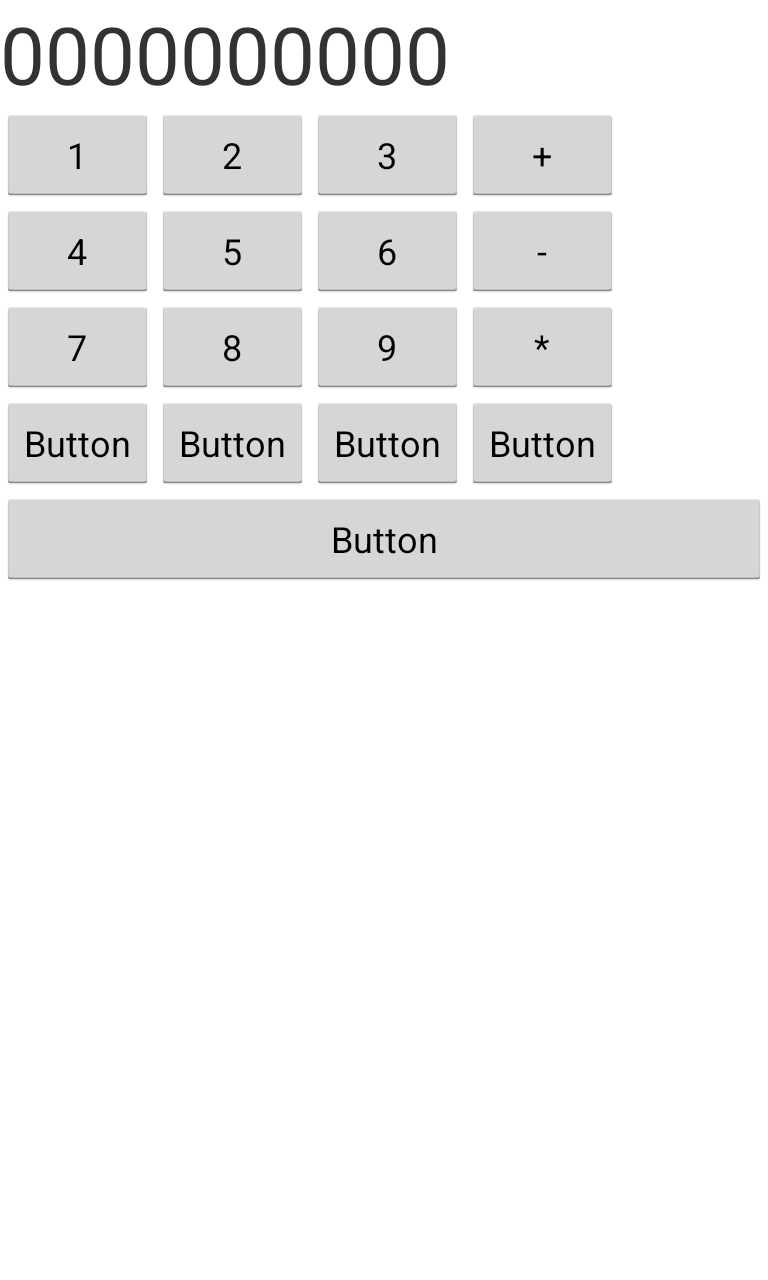
Repository: sfranco/Android
Layout: Calculadora/res/layout/activity_main.xml
The author's editor kept a copy of each file at every save. The layout is drawn from the files as they stood at one save, then again after the next save.
It is drawn on a 768 x 1280 px phone screen (xhdpi) without system bars, with theme AppTheme; the app's code is not run.

Above is the layout before, as saved 2013-08-22 17:28:43.

After the next save:
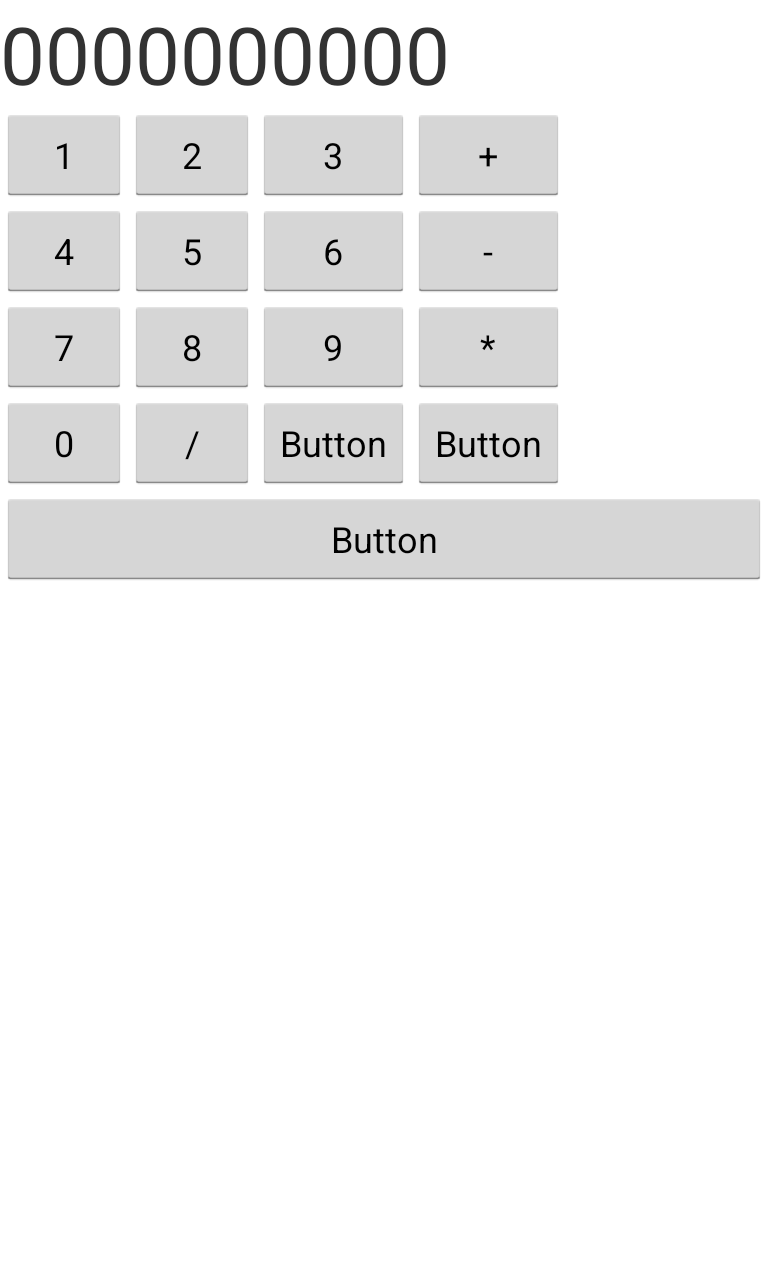
Saved 45 s later.
--- a/Calculadora/res/layout/activity_main.xml
+++ b/Calculadora/res/layout/activity_main.xml
@@ -115,16 +115,16 @@
             android:layout_height="wrap_content" >
 
             <Button
-                android:id="@+id/button13"
+                android:id="@+id/num0"
                 android:layout_width="wrap_content"
                 android:layout_height="wrap_content"
-                android:text="Button" />
+                android:text="0" />
 
             <Button
-                android:id="@+id/button14"
+                android:id="@+id/division"
                 android:layout_width="wrap_content"
                 android:layout_height="wrap_content"
-                android:text="Button" />
+                android:text="/" />
 
             <Button
                 android:id="@+id/button15"
